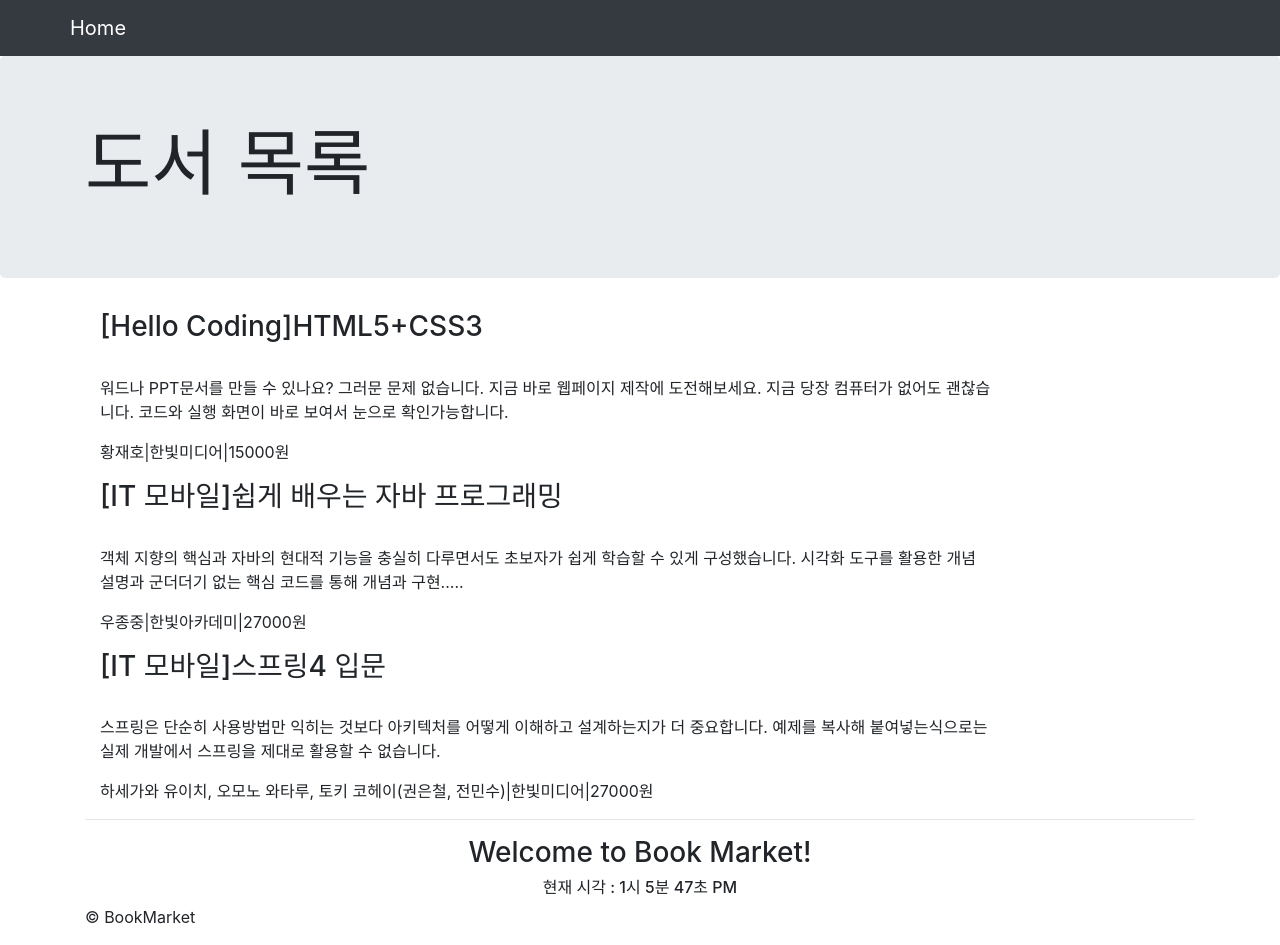
Repository: CheolHo-0428/JSP-Web-Programming
Page: http://localhost/BookMarket/books.jsp
An editor plug-in stored every save of this project. The page is shown before and after the next save, followed by the edit.
The browser window is 1280 px wide. The pictures show the whole page.
The page is served by Tomcat 9.

Above is the page before, as saved 2021-05-09 08:37:20.

### BookMarket/src/main/webapp/books.jsp
<%@ page language="java" contentType="text/html; charset=UTF-8"
    pageEncoding="UTF-8"%>
<%@ page import = "java.util.ArrayList" %>
<%@ page import = "dto.Book"%>
<jsp:useBean id="bookDAO" class="dao.BookRepository" scope="page"></jsp:useBean>
<!DOCTYPE html>
<html>
<head>
<meta charset="UTF-8">
<title>도서 목록</title>
</head>
<!-- Bootstrap CSS -->
    <link href="https://maxcdn.bootstrapcdn.com/bootstrap/4.0.0/css/bootstrap.min.css"
    	rel="stylesheet">
<body>
	<jsp:include page="menu.jsp"></jsp:include>

	<div class = "jumbotron">
		<div class = "container">
			<h1 class = "display-3">도서 목록</h1>
		</div>
	</div>

	<%
		ArrayList<Book> listOfBooks = bookDAO.getAllBooks();
	%>
	<div class="container">
		<div class="column" align="left">
			<% for(int i=0; i<listOfBooks.size(); i++){
				Book book = listOfBooks.get(i);
			%>
			<div class = "col-md-10">
				<h3><%=book.getCategory()%><%=book.getName()%></h3><br>
				<p><%=book.getDescription() %></p>
				<p><%=book.getAuthor()%>|<%=book.getPublisher()%>|<%=book.getUnitPrice()%>원</p>
				<p></p>
			</div>
			<%
				}
			%>
		</div>
		<hr>
	</div>
	<jsp:include page="footer.jsp"></jsp:include>
</body>
</html>

### BookMarket/src/main/webapp/menu.jsp
<%@ page language="java" contentType="text/html; charset=UTF-8"
    pageEncoding="UTF-8"%>
<!DOCTYPE html>
<html>
<head>
<meta charset="UTF-8">
<title>Insert title here</title>
</head>
<body>
	<nav class="navbar navbar-expand navbar-dark bg-dark">
		<div class="container">
			<div class = "navbar-header">
				<a class = "navbar-brand" href="./welcome.jsp">Home</a>
			</div>
		</div>
	</nav>
</body>
</html>

### BookMarket/src/main/webapp/footer.jsp
<%@ page language="java" contentType="text/html; charset=UTF-8"
    pageEncoding="UTF-8"%>
<%@ page import="java.util.Date" %>
<!DOCTYPE html>
<html>
<head>
<meta charset="UTF-8">
<title>Insert title here</title>
</head>
<body>
	<%
		String tagline = "Welcome to Book Market!";

		Date day = new Date();
		String am_pm;
		int hour = day.getHours();
		int minute = day.getMinutes();
		int second = day.getSeconds();
		if(hour/12 == 0){
			am_pm = "AM";
		} else {
			am_pm = "PM";
			hour = hour-12;
		}
		String CT = hour + "시 " + minute + "분 " + second + "초 " + am_pm;
	%>

	<div class = "container">
		<div class = "text-center">
			<h3><%= tagline %></h3>
			<h6>현재 시각 : <%= CT %></h6>
		</div>
	</div>


	<footer class = "container">
		<p>&copy; BookMarket</p>
	</footer>
</body>
</html>

### BookMarket/src/main/java/dao/BookRepository.java
package dao;

import java.util.ArrayList;
import dto.Book;

public class BookRepository {
	ArrayList<Book> listOfBooks = new ArrayList<Book>();

	public BookRepository() {
		Book html = new Book("P1234", "HTML5+CSS3", 15000);
		html.setAuthor("황재호");
		html.setDescription("워드나 PPT문서를 만들 수 있나요? 그러문 문제 없습니다. 지금 바로 웹페이지 제작에 도전해보세요. 지금 당장 컴퓨터가 없어도 괜찮습니다. 코드와 실행 화면이 바로 보여서 눈으로 확인가능합니다.");
		html.setPublisher("한빛미디어");
		html.setCategory("[Hello Coding]");
		html.setUnitsInStock(1000L);
		html.setCondition("신규도서");

		Book it = new Book("P1235", "쉽게 배우는 자바 프로그래밍", 27000);
		it.setAuthor("우종중");
		it.setDescription("객체 지향의 핵심과 자바의 현대적 기능을 충실히 다루면서도 초보자가 쉽게 학습할 수 있게 구성했습니다. 시각화 도구를 활용한 개념 설명과 군더더기 없는 핵심 코드를 통해 개념과 구현.....");
		it.setPublisher("한빛아카데미");
		it.setCategory("[IT 모바일]");
		it.setUnitsInStock(1000L);
		it.setCondition("중고도서");

		Book spring = new Book("P1236", "스프링4 입문", 27000);
		spring.setAuthor("하세가와 유이치, 오모노 와타루, 토키 코헤이(권은철, 전민수)");
		spring.setDescription("스프링은 단순히 사용방법만 익히는 것보다 아키텍처를 어떻게 이해하고 설계하는지가 더 중요합니다. 예제를 복사해 붙여넣는식으로는 실제 개발에서 스프링을 제대로 활용할 수 없습니다.");
		spring.setPublisher("한빛미디어");
		spring.setCategory("[IT 모바일]");
		spring.setUnitsInStock(1000L);
		spring.setCondition("E-Book");

		listOfBooks.add(html);
		listOfBooks.add(it);
		listOfBooks.add(spring);
	}

	public ArrayList<Book> getAllBooks(){
		return listOfBooks;
	}
}

### BookMarket/src/main/java/dto/Book.java
package dto;

import java.io.Serializable;

public class Book implements Serializable {
	private String bookId;			//도서 아이디
	private String name;			//도서명
	private Integer unitPrice;		//가격
	private String author;			//저자
	private String description; 	//설명
	private String publisher;		//출판사
	private String category;		//분류
	private long unitsInStock;		//재고 수
	private long totalPages;		//페이지 수
	private String releaseDate;		//출판일(월/년)
	private String condition;		//신규 도서 or 중고 도서 or E-Book

	public Book() {
		super();
	}

	public Book(String bookId, String name, Integer unitPrice) {
		super();
		this.bookId = bookId;
		this.name = name;
		this.unitPrice = unitPrice;
	}

	public String getBookId() {
		return bookId;
	}

	public void setBookId(String bookId) {
		this.bookId = bookId;
	}

	public String getName() {
		return name;
	}

	public void setName(String name) {
		this.name = name;
	}

	public Integer getUnitPrice() {
		return unitPrice;
	}

	public void setUnitPrice(Integer unitPrice) {
		this.unitPrice = unitPrice;
	}

	public String getAuthor() {
		return author;
	}

	public void setAuthor(String author) {
		this.author = author;
	}

	public String getDescription() {
		return description;
	}

	public void setDescription(String description) {
		this.description = description;
	}

	public String getPublisher() {
		return publisher;
	}

	public void setPublisher(String publisher) {
		this.publisher = publisher;
	}

	public String getCategory() {
		return category;
	}

	public void setCategory(String category) {
		this.category = category;
	}

	public long getUnitsInStock() {
		return unitsInStock;
	}

	public void setUnitsInStock(long unitsInStock) {
		this.unitsInStock = unitsInStock;
	}

	public long getTotalPages() {
		return totalPages;
	}

	public void setTotalPages(long totalPages) {
		this.totalPages = totalPages;
	}

	public String getReleaseDate() {
		return releaseDate;
	}

	public void setReleaseDate(String releaseDate) {
		this.releaseDate = releaseDate;
	}

	public String getCondition() {
		return condition;
	}

	public void setCondition(String condition) {
		this.condition = condition;
	}
}

After the next save:
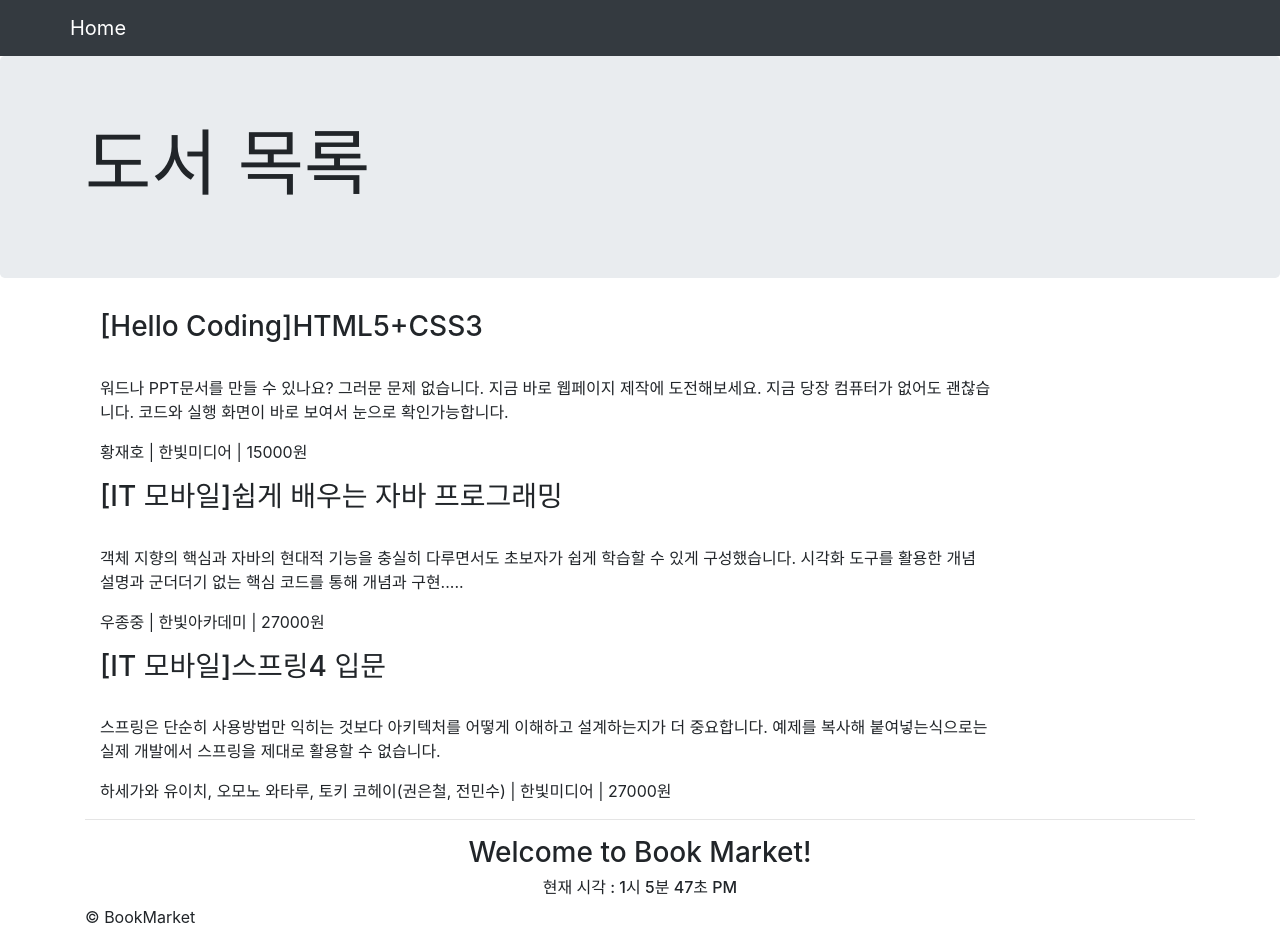
Saved 11 s later.
--- a/BookMarket/src/main/webapp/books.jsp
+++ b/BookMarket/src/main/webapp/books.jsp
@@ -32,7 +32,7 @@
 			<div class = "col-md-10">
 				<h3><%=book.getCategory()%><%=book.getName()%></h3><br>
 				<p><%=book.getDescription() %></p>
-				<p><%=book.getAuthor()%>|<%=book.getPublisher()%>|<%=book.getUnitPrice()%>원</p>
+				<p><%=book.getAuthor()%> | <%=book.getPublisher()%> | <%=book.getUnitPrice()%>원</p>
 				<p></p>
 			</div>
 			<%
